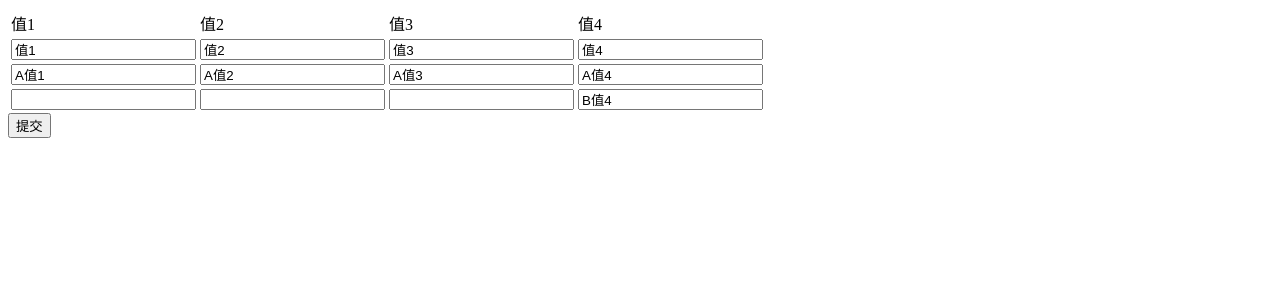
Repository: luckybright/springmvc
Page: springmvc/WebContent/jsp/tableForm.html
An editor plug-in stored every save of this project. The page is shown before and after the next save, followed by the edit.
The browser window is 1280 px wide. The pictures show the whole page.

Above is the page before, as saved 2014-04-25 03:16:37.
Not found: springmvc/WebContent/resources/demos/style.css

After the next save:
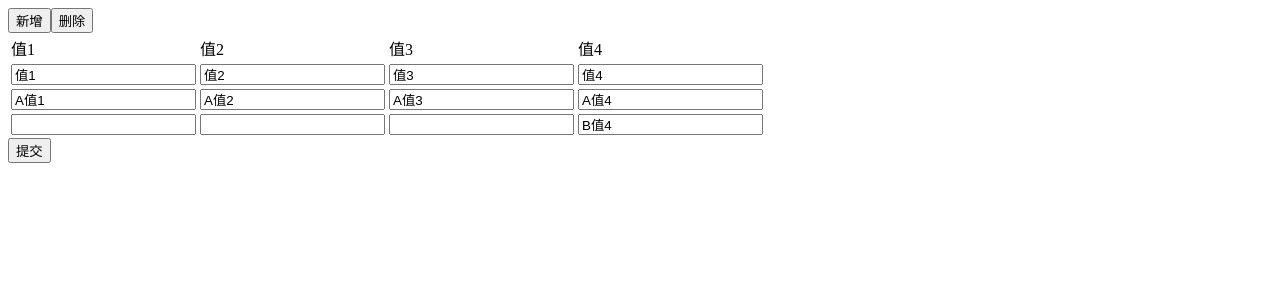
Saved 66 s later.
--- a/springmvc/WebContent/jsp/tableForm.html
+++ b/springmvc/WebContent/jsp/tableForm.html
@@ -49,7 +49,9 @@
 		<form action="product/tableform.cmd" method="post">
 			<input type="hidden" name="formType" value="tableForm">
 			<input type="hidden" name="className" value="ming.bean.FormBean">
-			<div class="tableFormButtonDiv"></div>
+			<div class="tableFormButtonDiv">
+				<button>新增</button><button>删除</button>
+			</div>
 			<div class="tableFormDataDiv">
 			<table>
 				<thead>
